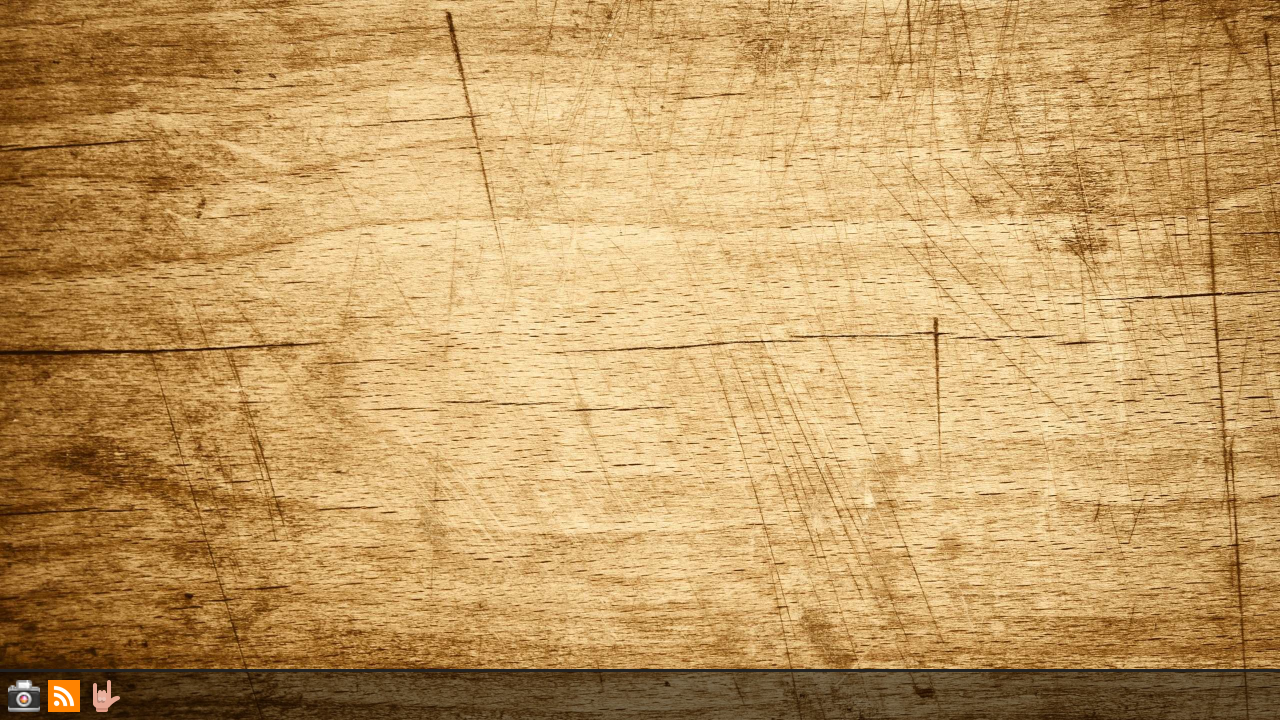
Repository: dv222bk/1dv403-laborationer
Page: 5-pwd/index.html
The author's editor kept a record of every edit. The page is drawn from the files as they stood at one moment, then again after the next edit.
The browser window is 1280 px wide. The pictures show the whole page.

Above is the page before.

### 5-pwd/index.html
<!DOCTYPE html>
<html>
    <head>
    	<meta charset="UTF-8" />
    	<title>Laboration 5 - PWD</title>
    	<link rel="stylesheet" type="text/css" href="DESKTOPAPP/css/desktopstyle.css" />
    	<link rel="stylesheet" type="text/css" href="DESKTOPAPP/apps/imageviewer/css/imageviewerstyle.css" />
    	<link rel="stylesheet" type="text/css" href="DESKTOPAPP/apps/rssreader/css/rssreaderstyle.css" />
    	<link rel="stylesheet" type="text/css" href="DESKTOPAPP/apps/memory/css/memorystyle.css" />
    </head>
    <body>
        <div id="desktop"></div>
        <script type="text/javascript" src="DESKTOPAPP/script/desktop.js"></script>
        <script type="text/javascript" src="DESKTOPAPP/script/desktopwindow.js"></script>
        <script type="text/javascript" src="DESKTOPAPP/apps/imageviewer/script/imageviewerapp.js"></script>
        <script type="text/javascript" src="DESKTOPAPP/apps/rssreader/script/rssreaderapp.js"></script>
        <script type="text/javascript" src="DESKTOPAPP/apps/memory/script/memoryapp.js"></script>
        <script type="text/javascript" src="DESKTOPAPP/apps/memory/script/random.js"></script>
        <script type="text/javascript" src="script/script.js"></script>
    </body>
</html>

### 5-pwd/DESKTOPAPP/css/desktopstyle.css
/*
* Reset all original styles
*/
/* http://meyerweb.com/eric/tools/css/reset/
   v2.0 | 20110126
   License: none (public domain)
*/

html, body, div, span, applet, object, iframe,
h1, h2, h3, h4, h5, h6, p, blockquote, pre,
a, abbr, acronym, address, big, cite, code,
del, dfn, em, img, ins, kbd, q, s, samp,
small, strike, strong, sub, sup, tt, var,
b, u, i, center,
dl, dt, dd, ol, ul, li,
fieldset, form, label, legend,
table, caption, tbody, tfoot, thead, tr, th, td,
article, aside, canvas, details, embed,
figure, figcaption, footer, Header, hgroup,
menu, nav, output, ruby, section, summary,
time, mark, audio, video, main {
	margin: 0;
	padding: 0;
	border: 0;
	font-size: 100%;
	font: inherit;
	vertical-align: baseline;
}
/* HTML5 display-role reset for older browsers */
article, aside, details, figcaption, figure,
footer, Header, hgroup, main, menu, nav, section {
	display: block;
}
body {
	line-height: 1;
}
ol, ul {
	list-style: none;
}
blockquote, q {
	quotes: none;
}
blockquote:before, blockquote:after,
q:before, q:after {
	content: '';
	content: none;
}
table {
	border-collapse: collapse;
	border-spacing: 0;
}

/*     START OF CSS CHANGES     */
.desktopApp {
    position: absolute;
    top: 0;
    bottom: 0;
    height: 100%;
    width: 100%;
    overflow: hidden;
    background: url(../pics/background.jpg) no-repeat center center fixed;
    -webkit-background-size: cover;
    -moz-background-size: cover;
    -o-background-size: cover;
    background-size: cover;
}
.desktopApp .overlay {
     visibility: hidden;
     position: absolute;
     left: 0px;
     top: 0px;
     width: 100%;
     height: 100%;
     background-color: #000000;
     background-color: rgba(0, 0, 0, 0.7);
}
.desktopApp .overlay .alertWindow {
    width: auto;
    padding: 3em;
    background-color: #e1dcc7;
    border: 0.3em solid #C7C2B0;
    border-radius: 1em;
    position: absolute;
    top: 50%;
    left: 50%;
    transform: translate(-50%, -50%);
}
.desktopApp .overlay .alertWindow p {
    float: left;
    display: inline-block;
}
.desktopApp .overlay .alertWindow input[type=radio] {
    float: left;
    clear: left;
    margin-bottom: 1em;
    display: block;
}
.desktopApp .overlay .alertWindow input[type=text] {
    float: left;
    margin-bottom: 1em;
    display: block;
}
.desktopApp .overlay .alertWindow button {
    margin-left: 1em;
    float: left;
}
.desktopApp .overlay .alertWindow select {
    float: left;
}
.desktopApp .desktopToolbar {
    position: absolute;
    bottom: 0;
    width: 100%;
    height: 2.5em;
    padding: 0.5em 0em 0em 0.5em;
    background-color: #000000;
    background-color: rgba(0, 0, 0, 0.5);
    border-top: 0.2em solid #222222;
}
.desktopApp .appIcon {
    height: 2em;
    width: 2em;
    margin-right: 0.5em;
    transition: 0.1s ease;
}
.desktopApp .appIcon:hover {
    transform: scale(1.2);
}
.desktopApp .windowHolder {
    position: absolute;
    width: 19.6em;
    border-left: 0.2em solid black;
    border-right: 0.2em solid black;
    border-radius: 1em;
    border-bottom-right-radius: 0;
    overflow: hidden;
    box-shadow: 2px 2px 5px #000000;
}
.desktopApp .windowHeader, .desktopApp .windowStatus {
    width: 100%;
    height: 2em;
    background-color: #111111;
    -webkit-touch-callout: none;
    -webkit-user-select: none;
    -khtml-user-select: none;
    -moz-user-select: none;
    -ms-user-select: none;
    user-select: none;
}
.desktopApp .windowHeader {
    height: 3em;
    position: relative;
    border-top-left-radius: 0.3em;
    border-top-right-radius: 0.3em;
    z-index: 1;
}
.desktopApp .windowHeader div {
    width: 100%;
    height: 1.8em;
}
.desktopApp .windowHeader div:active {
    cursor: move;
}
.desktopApp .windowStatus {
    border-bottom-left-radius: 0.3em;
}
.desktopApp .windowHeader p, .desktopApp .windowHeader .contextMenu {
    font: bold 0.8em Arial, Helvetica, sans-serif;
    color: #FFFFFF;
    margin-top: 0.7em;
    float: left;
    cursor: default;
}
.desktopApp .windowHeader img {
    margin: 0.5em 1em 0 0.5em;
    height: 1em;
    width: 1em;
    float: left;
}
.desktopApp .windowHeader button {
    width: 4em;
    margin: 0.4em;
    font-weight: bolder;
    background-color: #772118;
    border: 0.1em solid #666666;
    border-radius: 0.2em;
    color: #FFFFFF;
    float: right;
    cursor: pointer;
}
.desktopApp .windowHeader button:hover {
    background-color: #E6473D;
}
.desktopApp .windowHeader .contextMenu {
    clear: both;
    position: relative;
    width: 100%;
    margin: 0 0.5em;
}
.desktopApp .windowHeader .contextMenu img {
    width: 2em;
    height: 2em;
    margin-top: 1em;
}
.desktopApp .windowHeader .contextMenu li {
    display: inline-block;
    padding: 0 1em;
    cursor: pointer;
}
.desktopApp .windowHeader .contextMenu ul {
    display: none;
    position: absolute;
    top: 1.3em;
    list-style: none;
    background-color: #000000;
}
.desktopApp .windowHeader .contextMenu li ul li {
    padding: 0;
    float: left;
    clear: both;
    width: 100%;
}
.desktopApp .windowHeader .contextMenu li ul li a {
    display: block;
    padding-right: 1em;
    line-height: 4em;
}
.desktopApp .windowHeader .contextMenu li:hover, .desktopApp .windowHeader .contextMenu li ul li:hover {
    background-color: #555555;
}
.desktopApp .windowBody {
    width: 100%;
    height: 21em;
    position: relative;
    max-height: 21em;
    background-color: #FFFFFF;
    overflow-y: auto;
    word-wrap: break-word;
}
.desktopApp .windowStatus {
    font: bold 0.7em Arial, Helvetica, sans-serif;
    color: #CCCCCC;
    width: 99%;
    padding: 2% 0 0 1%;
}
.desktopApp .windowStatus .windowResize {
    float: right;
    margin-top: 1em;
    width: 1em;
    height: 1em;
    padding: 1em 0 0 1em;
    background-image: url(../pics/menuIcons/resize.png);
    background-position: bottom right;
    background-repeat: no-repeat;
    cursor: se-resize;
}

### 5-pwd/DESKTOPAPP/apps/imageviewer/css/imageviewerstyle.css
/*
* Reset all original styles
*/
/* http://meyerweb.com/eric/tools/css/reset/
   v2.0 | 20110126
   License: none (public domain)
*/

html, body, div, span, applet, object, iframe,
h1, h2, h3, h4, h5, h6, p, blockquote, pre,
a, abbr, acronym, address, big, cite, code,
del, dfn, em, img, ins, kbd, q, s, samp,
small, strike, strong, sub, sup, tt, var,
b, u, i, center,
dl, dt, dd, ol, ul, li,
fieldset, form, label, legend,
table, caption, tbody, tfoot, thead, tr, th, td,
article, aside, canvas, details, embed,
figure, figcaption, footer, Header, hgroup,
menu, nav, output, ruby, section, summary,
time, mark, audio, video, main {
	margin: 0;
	padding: 0;
	border: 0;
	font-size: 100%;
	font: inherit;
	vertical-align: baseline;
}
/* HTML5 display-role reset for older browsers */
article, aside, details, figcaption, figure,
footer, Header, hgroup, main, menu, nav, section {
	display: block;
}
body {
	line-height: 1;
}
ol, ul {
	list-style: none;
}
blockquote, q {
	quotes: none;
}
blockquote:before, blockquote:after,
q:before, q:after {
	content: '';
	content: none;
}
table {
	border-collapse: collapse;
	border-spacing: 0;
}

/*     START OF CSS CHANGES     */
.imageViewerApp {
    min-width: 100%;
    min-height: 100%;
    background-color: #e1dcc7;
}
.imageViewerApp a {
    padding: 0.7em;
    margin: 0.5em;
    border-radius: 0.7em;
    background-color: #c7c2b0;
    border: 0.1em solid #bdb8a7;
    display: inline-block;
    transition: 0.1s ease;
}
.imageViewerApp a:hover {
    transform: scale(1.1);
}
.imageViewerApp img {
    display: block;
    margin-left: auto;
    margin-right: auto;
}

### 5-pwd/DESKTOPAPP/apps/rssreader/css/rssreaderstyle.css
/*
* Reset all original styles
*/
/* http://meyerweb.com/eric/tools/css/reset/
   v2.0 | 20110126
   License: none (public domain)
*/

html, body, div, span, applet, object, iframe,
h1, h2, h3, h4, h5, h6, p, blockquote, pre,
a, abbr, acronym, address, big, cite, code,
del, dfn, em, img, ins, kbd, q, s, samp,
small, strike, strong, sub, sup, tt, var,
b, u, i, center,
dl, dt, dd, ol, ul, li,
fieldset, form, label, legend,
table, caption, tbody, tfoot, thead, tr, th, td,
article, aside, canvas, details, embed,
figure, figcaption, footer, Header, hgroup,
menu, nav, output, ruby, section, summary,
time, mark, audio, video, main {
	margin: 0;
	padding: 0;
	border: 0;
	font-size: 100%;
	font: inherit;
	vertical-align: baseline;
}
/* HTML5 display-role reset for older browsers */
article, aside, details, figcaption, figure,
footer, Header, hgroup, main, menu, nav, section {
	display: block;
}
body {
	line-height: 1;
}
ol, ul {
	list-style: none;
}
blockquote, q {
	quotes: none;
}
blockquote:before, blockquote:after,
q:before, q:after {
	content: '';
	content: none;
}
table {
	border-collapse: collapse;
	border-spacing: 0;
}

/*     START OF CSS CHANGES     */
.RSSReaderApp {
    min-width: 100%;
    min-height: 100%;
    background-color: #e1dcc7;
}
.RSSReaderApp .RSSFeed {
    width: 100%;
}
.RSSReaderApp a:not(:first-child) {
    display: block;
}
.RSSReaderApp h2 {
    width: 96%;
    font-weight: bolder;
    font-size: 0.9em;
    padding: 2%;
    margin-top: 1em;
    background-color: #c7c2b0;
    display: inline-block;
}
.RSSReaderApp img {
    display: block;
    max-width: 100%;
    margin-left: auto;
    margin-right: auto;
}

### 5-pwd/DESKTOPAPP/apps/memory/css/memorystyle.css
/*
* Reset all original styles
*/
/* http://meyerweb.com/eric/tools/css/reset/
   v2.0 | 20110126
   License: none (public domain)
*/

html, body, div, span, applet, object, iframe,
h1, h2, h3, h4, h5, h6, p, blockquote, pre,
a, abbr, acronym, address, big, cite, code,
del, dfn, em, img, ins, kbd, q, s, samp,
small, strike, strong, sub, sup, tt, var,
b, u, i, center,
dl, dt, dd, ol, ul, li,
fieldset, form, label, legend,
table, caption, tbody, tfoot, thead, tr, th, td,
article, aside, canvas, details, embed,
figure, figcaption, footer, Header, hgroup,
menu, nav, output, ruby, section, summary,
time, mark, audio, video, main {
	margin: 0;
	padding: 0;
	border: 0;
	font-size: 100%;
	font: inherit;
	vertical-align: baseline;
}
/* HTML5 display-role reset for older browsers */
article, aside, details, figcaption, figure,
footer, Header, hgroup, main, menu, nav, section {
	display: block;
}
body {
	line-height: 1;
}
ol, ul {
	list-style: none;
}
blockquote, q {
	quotes: none;
}
blockquote:before, blockquote:after,
q:before, q:after {
	content: '';
	content: none;
}
table {
	border-collapse: collapse;
	border-spacing: 0;
}

/* CSS TRANSITIONS http://stackoverflow.com/questions/11679567/using-css-for-fade-in-effect-on-page-load*/

@keyframes fadeout {
    from { opacity: 1; }
    to   { opacity: 0; }
}

/* Firefox < 16 */
@-moz-keyframes fadeout {
    from { opacity: 1; }
    to   { opacity: 0; }
}

/* Safari, Chrome and Opera > 12.1 */
@-webkit-keyframes fadeout {
    from { opacity: 1; }
    to   { opacity: 0; }
}

/* Internet Explorer */
@-ms-keyframes fadeout {
    from { opacity: 1; }
    to   { opacity: 0; }
}

/* Opera < 12.1 */
@-o-keyframes fadeout {
    from { opacity: 1; }
    to   { opacity: 0; }
}

/*     START OF CSS CHANGES     */
.MemoryGame {
    background-color: #FFFFFF;
    display: block;
    width: 100%;
    height: 100%;
    overflow: hidden;
}
.MemoryGame div {
    float: left;
    display: inline;
    clear: both;
    width: auto;
}
.MemoryGame img {
    width: 3em;
    margin: 0.15em;
}
.MemoryGame p {
    float: left;
}
.MemoryGame .complete {
    -webkit-animation: fadeout 1s; /* Safari, Chrome and Opera > 12.1 */
    -moz-animation: fadeout 1s; /* Firefox < 16 */
    -ms-animation: fadeout 1s; /* Internet Explorer */
    -o-animation: fadeout 1s; /* Opera < 12.1 */
    animation: fadeout 1s;
    opacity: 0;
}

### 5-pwd/DESKTOPAPP/script/desktop.js
"use strict";

var DESKTOPAPP = DESKTOPAPP || {};

DESKTOPAPP.Desktop = function(elementID) {
    var openWindows, lastWindowX, lastWindowY, zIndex;

    /* root element */
    this.root = document.getElementById(elementID);

    /* app holder */
    this.apps =
    [
        {
            "name": "ImageViewer",
            "iconURL": "DESKTOPAPP/pics/appIcons/imageViewer.png",
            "appURL": DESKTOPAPP.apps.ImageViewer
        },
        {
            "name": "RSSReader",
            "iconURL": "DESKTOPAPP/pics/appIcons/RSSReader.png",
            "appURL": DESKTOPAPP.apps.RSSReader
        },
        {
            "name": "Memory",
            "iconURL": "DESKTOPAPP/pics/appIcons/memory.png",
            "appURL": DESKTOPAPP.apps.Memory
        }
    ];

    openWindows = [];
    lastWindowX = 20;
    lastWindowY = 20;
    zIndex = 1;

    this.getWindows = function() {
        return openWindows;
    };
    this.addWindow = function(windowBody) {
        openWindows.push(windowBody);
        windowBody.style.zIndex = zIndex;
        this.root.querySelector(".desktopToolbar").style.zIndex = zIndex + 1;
        this.increaseZIndex();
    };
    this.setLastWindowX = function(xCord) {
        lastWindowX = xCord;
    };
    this.getLastWindowX = function() {
        return lastWindowX;
    };
    this.setLastWindowY = function(yCord) {
        lastWindowY = yCord;
    };
    this.getLastWindowY = function() {
        return lastWindowY;
    };
    this.getZIndex = function() {
        return zIndex;
    };
    this.increaseZIndex = function() {
        zIndex += 1;
    };

    this.overlay;

    /* Close window menu when clicking somewhere other than the menu */
    document.onmousedown = function(e) {
        var menu, i, k;
        for(i = 0; i < openWindows.length; i += 1) {
            menu = openWindows[i].querySelectorAll(".contextMenu ul ");
            for (k = 0; k < menu.length; k++) {
                if(menu[k].style.display !== "none" && menu[k] !== e.target && menu[k].parentNode !== e.target) {
                    menu[k].style.display = "none";
                }
            }
        }
    };

    this.createApp();
};

DESKTOPAPP.Desktop.prototype.createApp = function() {
    var appbody, toolbar, appLink, app, i;
    var that = this;

    /* AppBody */
    appbody = document.createElement("section");
    appbody.className = "desktopApp";
    this.root.appendChild(appbody);

    /* overlay */
    this.overlay = document.createElement("div");
    this.overlay.className = "overlay";
    this.overlay.onmousedown = function(e) {
        if(e.target === this) {
            e.preventDefault();
            that.toggleOverlay();
            return false;
        }
    };
    appbody.appendChild(this.overlay);

    /* Toolbar */
    toolbar = document.createElement("div");
    toolbar.className = "desktopToolbar";
    appbody.appendChild(toolbar);

    /* Apps */
    for(i = 0; i < this.apps.length; i += 1) {
        appLink = document.createElement("a");
        appLink.app = i;
        appLink.onclick = function(e) {
            e.preventDefault();
            new that.apps[this.app].appURL(this.app, that);
            return false;
        };
        app = document.createElement("img");
        app.alt = "Klicka för att starta " + this.apps[i].name + " appen";
        app.title = this.apps[i].name;
        app.src = this.apps[i].iconURL;
        app.className = "appIcon";
        appLink.appendChild(app);
        toolbar.appendChild(appLink);
    }
};

/* http://www.kirupa.com/html5/get_element_position_using_javascript.htm */
DESKTOPAPP.Desktop.prototype.getWindowCords = function(windowHolder) {
    var xPosition, yPosition, maxX, maxY;

    yPosition = 0;
    xPosition = 0;

    if(windowHolder !== undefined) {
        maxX = window.innerWidth - windowHolder.offsetWidth - 40;
        maxY = window.innerHeight - windowHolder.offsetHeight - this.root.querySelector(".desktopToolbar").offsetHeight;
    }

    while(windowHolder) {
        xPosition += (windowHolder.offsetLeft - windowHolder.scrollLeft + windowHolder.clientLeft);
        yPosition += (windowHolder.offsetTop - windowHolder.scrollTop + windowHolder.clientTop);
        windowHolder = windowHolder.offsetParent;
    }

    if(xPosition >= maxX) {
        xPosition = 0;
    }
    if(yPosition >= maxY) {
        yPosition = 0;
    }

    return { x: xPosition, y: yPosition };
};

DESKTOPAPP.Desktop.prototype.updateLastWindowCords = function() {
    var cords;
    cords = this.getWindowCords(this.getWindows()[this.getWindows().length - 1]);
    this.setLastWindowX(cords.x);
    this.setLastWindowY(cords.y);
};

DESKTOPAPP.Desktop.prototype.removeWindow = function(windowBody) {
    var index = this.getWindows().indexOf(windowBody);
    if (index > -1) {
        this.getWindows().splice(index, 1);
    }
};

DESKTOPAPP.Desktop.prototype.makeWindowLast = function(windowBody) {
    if(this.getWindows().indexOf(windowBody) !== (this.getWindows().length - 1)) {
        this.removeWindow(windowBody);
        this.addWindow(windowBody);
    }
};

DESKTOPAPP.Desktop.prototype.toggleOverlay = function() {
    if(this.overlay.style.visibility === "visible") {
        this.overlay.style.visibility = "hidden";
        this.overlay.innerHTML = "";
    } else {
        this.overlay.style.visibility = "visible";
    }
    this.overlay.style.zIndex = this.getZIndex() + 1;
};

### 5-pwd/DESKTOPAPP/apps/imageviewer/script/imageviewerapp.js
"use strict";

var DESKTOPAPP = DESKTOPAPP || {};
DESKTOPAPP.apps = DESKTOPAPP.apps || {};


DESKTOPAPP.apps.ImageViewer = function(app, desktop) {

    /* Inherit from DesktopWindow */
    DESKTOPAPP.DesktopWindow.call(this);

    this.app = app;
    this.desktop = desktop;

    this.createWindow(this.desktop);
    this.createApp();
};

/* Inherit from DesktopWindow */
DESKTOPAPP.apps.ImageViewer.prototype = new DESKTOPAPP.DesktopWindow();

DESKTOPAPP.apps.ImageViewer.prototype.createApp = function() {
    var xhr, JSONData, appBody, i, imgHolder, thumbnail, hiThumbHeight = 0, hiThumbWidth = 0;
    var that = this;
    xhr = new XMLHttpRequest();
    xhr.abort();
    xhr.onreadystatechange = function() {
        if(xhr.readyState === 4) {
            if(xhr.status === 200) {
                that.removeStatus();
                /* JSONData */
                JSONData = JSON.parse(xhr.responseText);

                /* App Body */
                appBody = document.createElement("div");
                appBody.className = "imageViewerApp";
                that.windowBody.appendChild(appBody);

                /* Highest ThumbHeight and ThumbWidth */
                for(i = 0; i < JSONData.length; i += 1) {
                    if(JSONData[i].thumbHeight > hiThumbHeight) {
                        hiThumbHeight = JSONData[i].thumbHeight;
                    }
                    if(JSONData[i].thumbWidth > hiThumbWidth) {
                        hiThumbWidth = JSONData[i].thumbWidth;
                    }
                }

                /* Images */
                for(i = 0; i < JSONData.length; i += 1) {
                    imgHolder = document.createElement("a");
                    imgHolder.style.width = hiThumbWidth + "px";
                    imgHolder.style.height = hiThumbHeight + "px";
                    imgHolder.orgHeight = JSONData[i].height;
                    imgHolder.orgWidth = JSONData[i].width;
                    imgHolder.orgURL = JSONData[i].URL;
                    imgHolder.onclick = function(e) {
                        e.preventDefault();
                        new DESKTOPAPP.apps.ImageViewer.ImageWindow(that.app, that.desktop, this.orgHeight, this.orgWidth, this.orgURL);
                        return false;
                    };
                    appBody.appendChild(imgHolder);

                    thumbnail = document.createElement("img");
                    thumbnail.alt = "Thumbnail till en större bild";
                    thumbnail.title = "Klicka för att se en större bild";
                    thumbnail.src = JSONData[i].thumbURL;
                    imgHolder.appendChild(thumbnail);
                }
            } else {
                console.log("Läsfel. Status: " + xhr.status);
            }
        } else {
            that.showLoading();
        }
    };
    xhr.open("GET", "http://homepage.lnu.se/staff/tstjo/labbyServer/imgviewer/", true);
    xhr.send(null);
};

DESKTOPAPP.apps.ImageViewer.ImageWindow = function(app, desktop, imgHeight, imgWidth, imgURL) {

    /* Inherit from DesktopWindow */
    DESKTOPAPP.DesktopWindow.call(this);

    this.app = app;
    this.desktop = desktop;
    this.imgHeight = imgHeight;
    this.imgWidth = imgWidth;
    this.imgURL = imgURL;

    this.createWindow(this.desktop, this.imgWidth, this.imgHeight);
    this.createImageWindow();
};

/* Inherit from DesktopWindow */
DESKTOPAPP.apps.ImageViewer.ImageWindow.prototype = new DESKTOPAPP.DesktopWindow();

DESKTOPAPP.apps.ImageViewer.ImageWindow.prototype.createImageWindow = function() {
    var image = document.createElement("img");
    image.alt = "En stor bild föreställande thumbnail bilden du klickade på";
    image.title = "Stor version av bilden";
    image.src = this.imgURL;
    this.windowBody.appendChild(image);
    this.windowBody.style.height = "auto";
};

### 5-pwd/script/script.js
"use strict";

window.onload = function() {
    new DESKTOPAPP.Desktop("desktop");
};

Loaded but not shown: 5-pwd/DESKTOPAPP/script/desktopwindow.js (319 lines, source omitted); 5-pwd/DESKTOPAPP/apps/memory/script/memoryapp.js (305 lines, source omitted); 5-pwd/DESKTOPAPP/apps/rssreader/script/rssreaderapp.js (275 lines, source omitted); 5-pwd/DESKTOPAPP/apps/memory/script/random.js (no copy from this time; the picture is the same without it)

After the next edit:
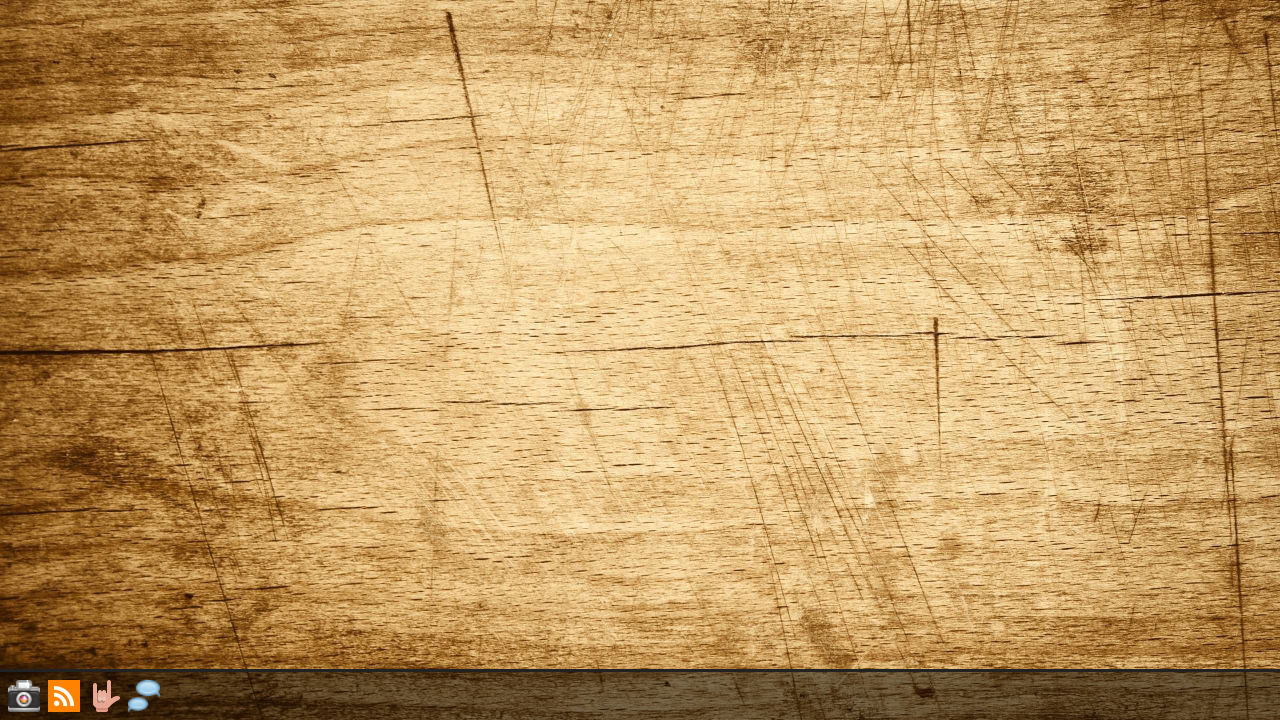
The edit:
--- a/5-pwd/DESKTOPAPP/script/desktop.js
+++ b/5-pwd/DESKTOPAPP/script/desktop.js
@@ -25,6 +25,11 @@
             "name": "Memory",
             "iconURL": "DESKTOPAPP/pics/appIcons/memory.png",
             "appURL": DESKTOPAPP.apps.Memory
+        },
+        {
+            "name": "LabbyMezzage",
+            "iconURL": "DESKTOPAPP/pics/appIcons/labbymezzage.png",
+            "appURL": DESKTOPAPP.apps.LabbyMezzage
         }
     ];
 
